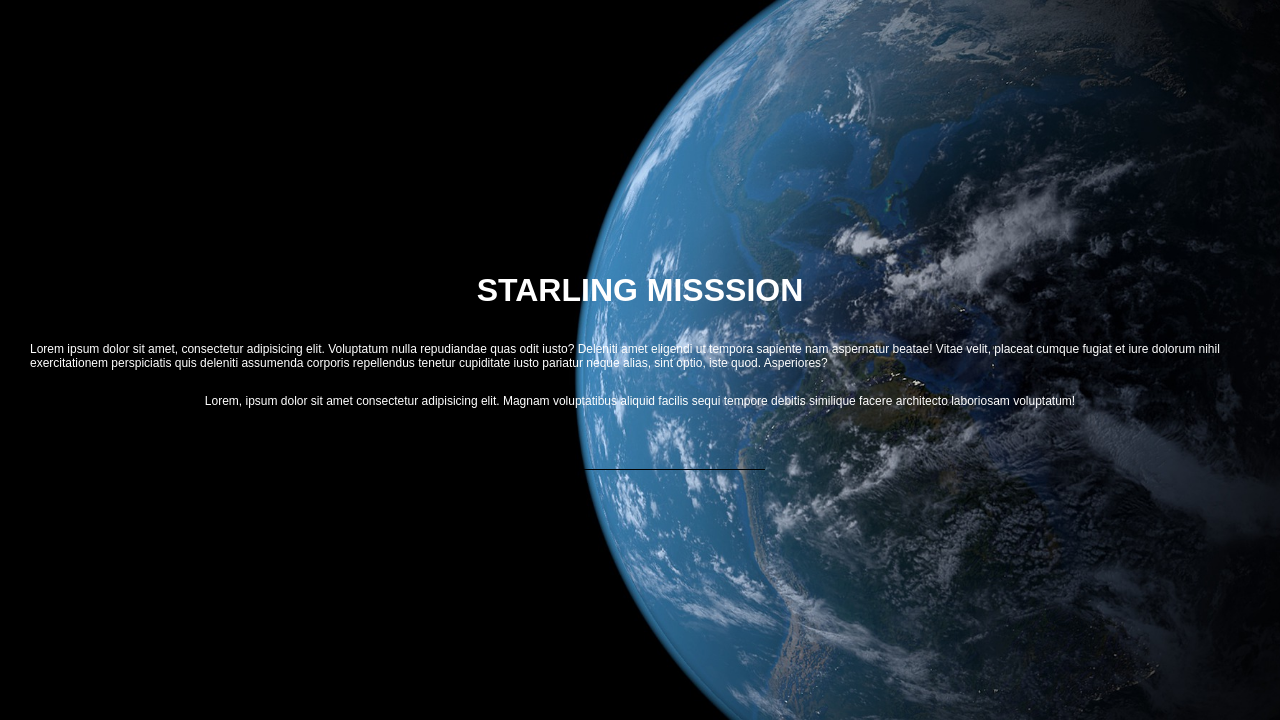
Repository: PJasiczek/vue-shop
Page: /
The author's editor kept a copy of each file at every save. The page is drawn from the files as they stood at one save, then again after the next save.
The browser window is 1280 px wide. The pictures show the whole page.
Some web fonts or font styles are not loaded; a fallback is used. The project was rebuilt for these pictures with package versions that can differ from the ones it lists, and the page was loaded fresh each time.

Above is the page before, as saved 2020-04-06 16:15:54.

After the next save:
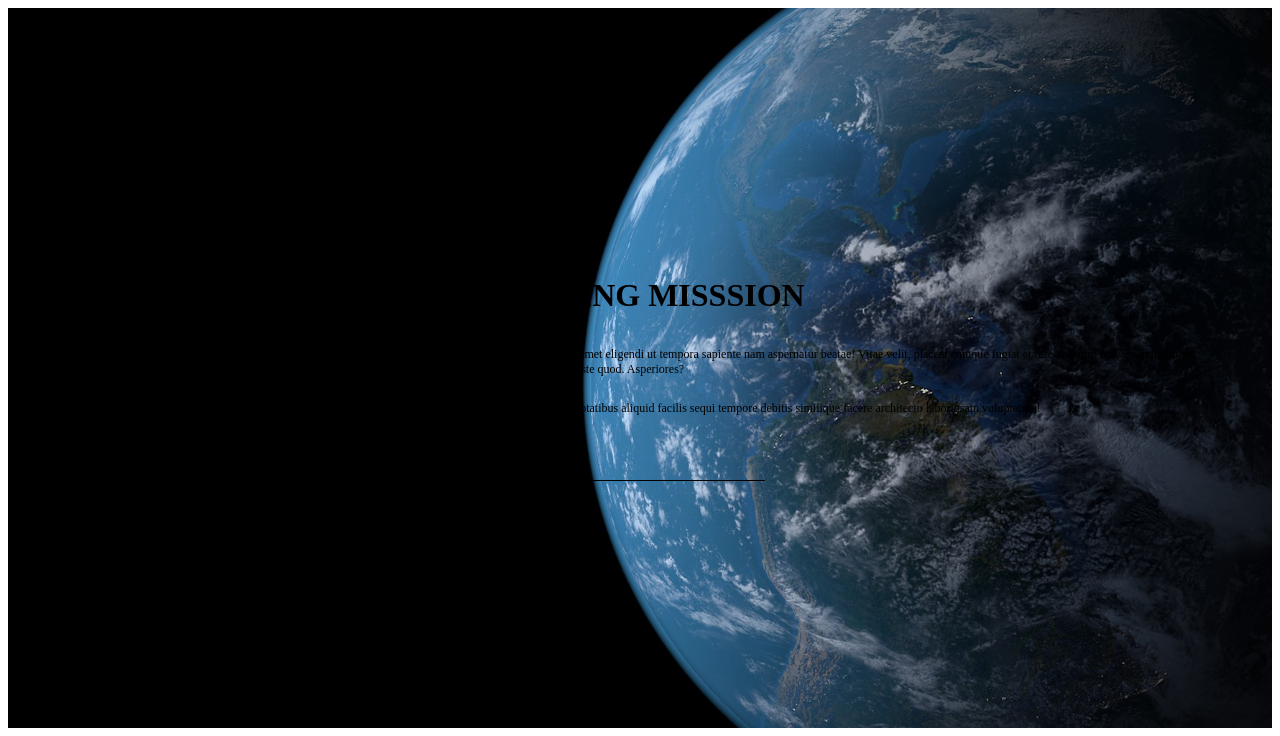
Saved 17 s later.
--- a/src/App.vue
+++ b/src/App.vue
@@ -1,17 +1,3 @@
-
-<style lang="scss">
-  @import url('https://fonts.googleapis.com/css2?family=Baloo+Thambi+2:wght@400;500;600;700;800&display=swap');
-  *{
-    box-sizing: border-box;
-  }
-
-  body{
-    margin: 0;
-    padding: 0;
-    font-family: 'Baloo Thambi 2', sans-serif;
-    color: #ffffff;
-  }
-</style>
 <template>
   <div class="wrapper">
     <Claim/>
@@ -59,6 +45,7 @@
 
 <style lang="scss" scoped>
 @import url('https://fonts.googleapis.com/css2?family=Baloo+Thambi+2:wght@400;500;600;700;800&display=swap');
+
   *{
     box-sizing: border-box;
   }
